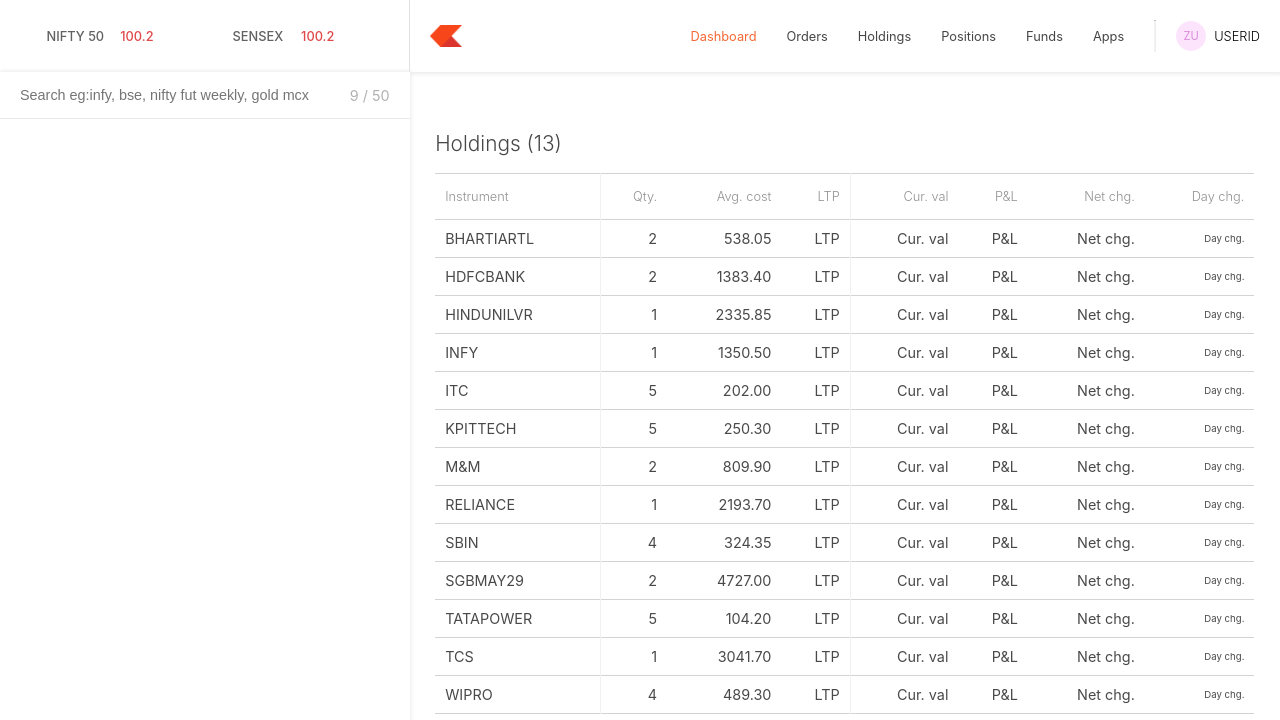
Repository: rushikesh-kolpe21/zerodha_4
Page: /holdings (app in dashboard/)
An editor plug-in stored every save of this project. The page is shown before and after the next save, followed by the edit.
The browser window is 1280 px wide. The pictures show the whole page.
An inner scrolling area shows only its first screen. The project was rebuilt for these pictures with package versions that can differ from the ones it lists, and the page was loaded fresh each time. Also part of the build but not shown: dashboard/vite.config.js, dashboard/src/components/Apps.jsx, dashboard/src/components/Funds.jsx, dashboard/src/components/Orders.jsx, dashboard/src/components/Positions.jsx, dashboard/src/components/Summary.jsx.

Above is the page before, as saved 2025-03-25 07:29:30.

### dashboard/src/App.jsx

import React from "react";
// import ReactDOM from "react-dom/client";
import { BrowserRouter, Route, Routes } from "react-router-dom";
// import "./index.css";
import Home from "./components/Home";

function App() {
  return (
    <>
      <BrowserRouter>
        <Routes>
          <Route path="/*" element={<Home />} />
        </Routes>
      </BrowserRouter>
    </>
  );
}

export default App;

### dashboard/src/components/Home.jsx
import React from 'react'
import TopBar from './TopBar'
import Dashboard from './Dashboard'

function Home() {
  return (
  <>
  <TopBar/>
  <Dashboard/>
  </>
  )
}

export default Home

### dashboard/src/components/Dashboard.jsx
import React from "react";
import { Route, Routes } from "react-router-dom";

import Apps from "./Apps";
import Funds from "./Funds";
import Holdings from "./Holdings";

import Orders from "./Orders";
import Positions from "./Positions";
import Summary from "./Summary";
import WatchList from "./WatchList";
// import { GeneralContextProvider } from "./GeneralContext";

const Dashboard = () => {
  return (
    <div className="dashboard-container">
        <WatchList />

      <div className="content">
        <Routes>
          <Route exact path="/" element={<Summary />} />
          <Route path="/orders" element={<Orders />} />
          <Route path="/holdings" element={<Holdings />} />
          <Route path="/positions" element={<Positions />} />
          <Route path="/funds" element={<Funds />} />
          <Route path="/apps" element={<Apps />} />
        </Routes>
      </div>
    </div>
  );
};

export default Dashboard;

### dashboard/src/components/Menu.jsx
import React, { useState } from "react";
import { Link } from "react-router";

const Menu = () => {
  const [selectedMenu, setSelectedMenu] = useState(0);
  const [isProfileDropdownOpen, setIsProfileDropdownOpen] = useState(false);

  const handleMenuClick = (index) => {
    setSelectedMenu(index);
  };

  const handleProfileClick = () => {
    setIsProfileDropdownOpen(!isProfileDropdownOpen);
  };

  const menuClass = "menu";
  const activeMenuClass = "menu selected";

  return (
    <div className="menu-container">
      <img src="logo.png" style={{ width: "32px" }} />
      <div className="menus">
        <ul>
          <li>
            <Link
              style={{ textDecoration: "none" }}
              to="/"
              onClick={() => handleMenuClick(0)}
            >
              <p className={selectedMenu === 0 ? activeMenuClass : menuClass}>
                Dashboard
              </p>
            </Link>
          </li>
          <li>
            <Link
              style={{ textDecoration: "none" }}
              to="/orders"
              onClick={() => handleMenuClick(1)}
            >
              <p className={selectedMenu === 1 ? activeMenuClass : menuClass}>
                Orders
              </p>
            </Link>
          </li>
          <li>
            <Link
              style={{ textDecoration: "none" }}
              to="/holdings"
              onClick={() => handleMenuClick(2)}
            >
              <p className={selectedMenu === 2 ? activeMenuClass : menuClass}>
                Holdings
              </p>
            </Link>
          </li>
          <li>
            <Link
              style={{ textDecoration: "none" }}
              to="/positions"
              onClick={() => handleMenuClick(3)}
            >
              <p className={selectedMenu === 3 ? activeMenuClass : menuClass}>
                Positions
              </p>
            </Link>
          </li>
          <li>
            <Link
              style={{ textDecoration: "none" }}
              to="/funds"
              onClick={() => handleMenuClick(4)}
            >
              <p className={selectedMenu === 4 ? activeMenuClass : menuClass}>
                Funds
              </p>
            </Link>
          </li>
          <li>
            <Link
              style={{ textDecoration: "none" }}
              to="/apps"
              onClick={() => handleMenuClick(5)}
            >
              <p className={selectedMenu === 5 ? activeMenuClass : menuClass}>
                Apps
              </p>
            </Link>
          </li>
        </ul>
        <hr />
        <div className="profile" onClick={handleProfileClick}>
          <div className="avatar">ZU</div>
          <p className="username">USERID</p>
        </div>
      </div>
    </div>
  );
};

export default Menu;

### dashboard/src/components/Holdings.jsx
import React from "react";
import {holdings} from '../data/data';

const Holdings = () => {
  return (
    <>
      <h3 className="title"> Holdings ({holdings.length})</h3>

      <div className="order-table">
        <table>
          <tr>
            <th>Instrument</th>
            <th>Qty.</th>
            <th>Avg. cost</th>
            <th>LTP</th>
            <th>Cur. val</th>
            <th>P&L</th>
            <th>Net chg.</th>
            <th>Day chg.</th>
          </tr>

          {holdings.map((stock, index)=>{
            const currValue = stock.price * stock. qty;
            const isProfit = currValue - stock.avg * stock.qty >= 0.0;
            const profClasss = isProfit ? "profit" : "loss";
            const dayClass = stock.isLoss ? "loss" : "profit";

            return(
              <tr key={index}>
               <td>{stock.name}</td>
                <td>{stock.qty}</td>
                <td>{stock.avg.toFixed(2)}</td>
                <td>LTP</td>
                <td>Cur. val</td>
                <td>P&L</td>
                <td>Net chg.</td>
                <td>Day chg.</td>
              </tr>
            )
          })}
        </table>
      </div>

      <div className="row">
        <div className="col">
          <h5>
            29,875.<span>55</span>{" "}
          </h5>
          <p>Total investment</p>
        </div>
        <div className="col">
          <h5>
            31,428.<span>95</span>{" "}
          </h5>
          <p>Current value</p>
        </div>
        <div className="col">
          <h5>1,553.40 (+5.20%)</h5>
          <p>P&L</p>
        </div>
      </div>
    </>
  );
};

export default Holdings;

### dashboard/src/components/WatchList.jsx
import React from "react";

const WatchList = () => {
  return (
    <div className="watchlist-container">
      <div className="search-container">
        <input
          type="text"
          name="search"
          id="search"
          placeholder="Search eg:infy, bse, nifty fut weekly, gold mcx"
          className="search"
        />
        <span className="counts"> 9 / 50</span>
      </div>

      <ul className="list"></ul>
    </div>
  );
};

export default WatchList;

### dashboard/src/data/data.js
export const watchlist = [
    {
      name: "INFY",
      price: 1555.45,
      percent: "-1.60%",
      isDown: true,
    },
    {
      name: "ONGC",
      price: 116.8,
      percent: "-0.09%",
      isDown: true,
    },
    {
      name: "TCS",
      price: 3194.8,
      percent: "-0.25%",
      isDown: true,
    },
    {
      name: "KPITTECH",
      price: 266.45,
      percent: "3.54%",
      isDown: false,
    },
    {
      name: "QUICKHEAL",
      price: 308.55,
      percent: "-0.15%",
      isDown: true,
    },
    {
      name: "WIPRO",
      price: 577.75,
      percent: "0.32%",
      isDown: false,
    },
    {
      name: "M&M",
      price: 779.8,
      percent: "-0.01%",
      isDown: true,
    },
    {
      name: "RELIANCE",
      price: 2112.4,
      percent: "1.44%",
      isDown: false,
    },
    {
      name: "HUL",
      price: 512.4,
      percent: "1.04%",
      isDown: false,
    },
  ];

  // holdings
  export const holdings = [
    {
      name: "BHARTIARTL",
      qty: 2,
      avg: 538.05,
      price: 541.15,
      net: "+0.58%",
      day: "+2.99%",
    },
    {
      name: "HDFCBANK",
      qty: 2,
      avg: 1383.4,
      price: 1522.35,
      net: "+10.04%",
      day: "+0.11%",
    },
    {
      name: "HINDUNILVR",
      qty: 1,
      avg: 2335.85,
      price: 2417.4,
      net: "+3.49%",
      day: "+0.21%",
    },
    {
      name: "INFY",
      qty: 1,
      avg: 1350.5,
      price: 1555.45,
      net: "+15.18%",
      day: "-1.60%",
      isLoss: true,
    },
    {
      name: "ITC",
      qty: 5,
      avg: 202.0,
      price: 207.9,
      net: "+2.92%",
      day: "+0.80%",
    },
    {
      name: "KPITTECH",
      qty: 5,
      avg: 250.3,
      price: 266.45,
      net: "+6.45%",
      day: "+3.54%",
    },
    {
      name: "M&M",
      qty: 2,
      avg: 809.9,
      price: 779.8,
      net: "-3.72%",
      day: "-0.01%",
      isLoss: true,
    },
    {
      name: "RELIANCE",
      qty: 1,
      avg: 2193.7,
      price: 2112.4,
      net: "-3.71%",
      day: "+1.44%",
    },
    {
      name: "SBIN",
      qty: 4,
      avg: 324.35,
      price: 430.2,
      net: "+32.63%",
      day: "-0.34%",
      isLoss: true,
    },
    {
      name: "SGBMAY29",
      qty: 2,
      avg: 4727.0,
      price: 4719.0,
      net: "-0.17%",
      day: "+0.15%",
    },
    {
      name: "TATAPOWER",
      qty: 5,
      avg: 104.2,
      price: 124.15,
      net: "+19.15%",
      day: "-0.24%",
      isLoss: true,
    },
    {
      name: "TCS",
      qty: 1,
      avg: 3041.7,
      price: 3194.8,
      net: "+5.03%",
      day: "-0.25%",
      isLoss: true,
    },
    {
      name: "WIPRO",
      qty: 4,
      avg: 489.3,
      price: 577.75,
      net: "+18.08%",
      day: "+0.32%",
    },
  ];

  // positions
  export const positions = [
    {
      product: "CNC",
      name: "EVEREADY",
      qty: 2,
      avg: 316.27,
      price: 312.35,
      net: "+0.58%",
      day: "-1.24%",
      isLoss: true,
    },
    {
      product: "CNC",
      name: "JUBLFOOD",
      qty: 1,
      avg: 3124.75,
      price: 3082.65,
      net: "+10.04%",
      day: "-1.35%",
      isLoss: true,
    },
  ];

Loaded but not shown: dashboard/index.html (common file); dashboard/src/main.jsx (common file); dashboard/src/index.css (common file); dashboard/src/components/TopBar.jsx (common file)

After the next save:
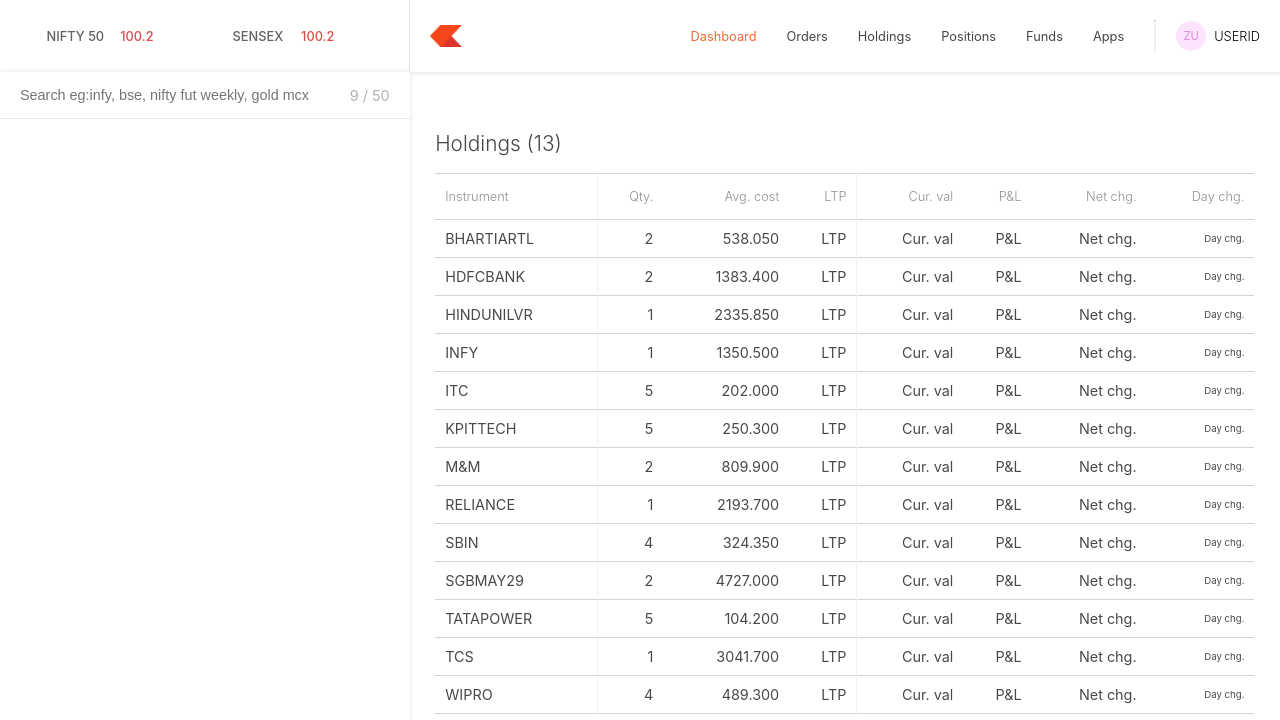
Saved 27 s later.
--- a/dashboard/src/components/Holdings.jsx
+++ b/dashboard/src/components/Holdings.jsx
@@ -29,7 +29,7 @@
               <tr key={index}>
                <td>{stock.name}</td>
                 <td>{stock.qty}</td>
-                <td>{stock.avg.toFixed(2)}</td>
+                <td>{stock.avg.toFixed(3)}</td>
                 <td>LTP</td>
                 <td>Cur. val</td>
                 <td>P&L</td>
